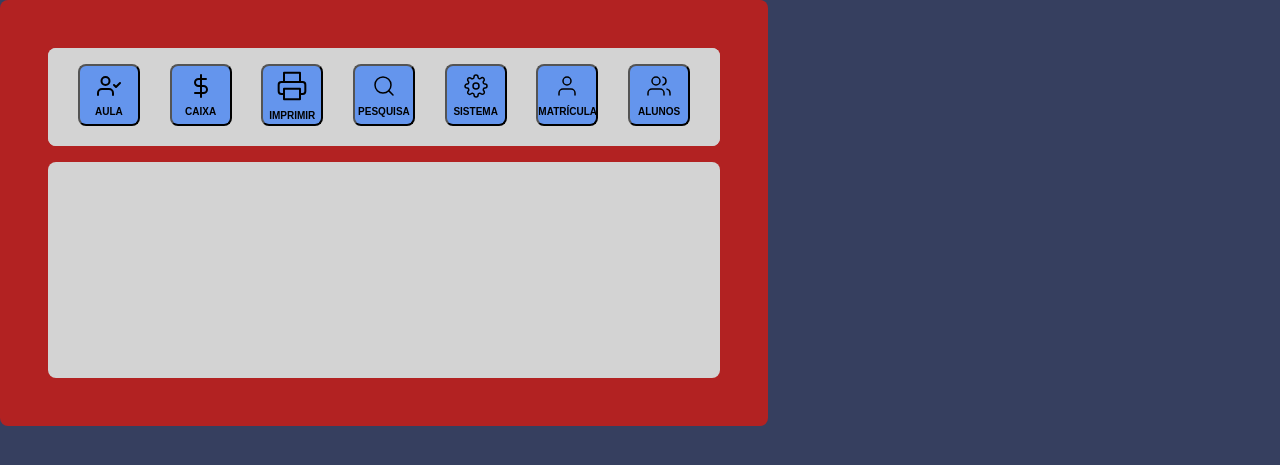
Repository: samantaProspero/projeto_integrador
Page: Versão Atual/PI_Vanila/index.html
The author's editor kept a copy of each file at every save. The page is drawn from the files as they stood at one save, then again after the next save.
The browser window is 1280 px wide. The pictures show the whole page.

Above is the page before, as saved 2021-11-06 12:24:57.
Not found: Versão Atual/PI_Vanila/js/script.js

### Versão Atual/PI_Vanila/index.html
<!DOCTYPE html>
<html lang="pt-BR">
<head>
  <meta charset="UTF-8">
  <meta http-equiv="X-UA-Compatible" content="IE=edge">
  <meta name="viewport" content="width=device-width, initial-scale=1.0">
  <link rel="stylesheet" type="text/css" href="_css/global.css">
  <link rel="stylesheet" type="text/css" href="_css/style.css">
  <title>D Lions</title>
</head>
<body id="home-container">
  <section class="home-content">
    <nav class="home-icons">
      <div class="home-header-painel">
        <div class="home-buttons">
          <button class="icon">
            <img id=logo src="assets/icons/aula.svg">
                <p>AULA</p>
          </button>
          <button class="icon">
            <img id=logo src="assets/icons/dollar.svg">
                <p>CAIXA</p>
          </button>
          <button class="icon">
            <img id=logo src="assets/icons/printer.svg">
                <p>IMPRIMIR</p>
          </button>
          <button class="icon">
            <img id=logo src="assets/icons/search.svg">
                <p>PESQUISA</p>
          </button>
          <button class="icon">
            <img id=logo src="assets/icons/settings.svg">
                <p>SISTEMA</p>
          </button>
          <button class="icon">
            <img id=logo src="assets/icons/user.svg">
                <p>MATRÍCULA</p>
          </button>
          <button class="icon">
            <img id=logo src="assets/icons/users.svg">
                <p>ALUNOS</p>
          </button>
        </div>
      </div>

    </nav>
    <div class="lista-alunos">
      <!-- <form id="form-login" action="">
        <div class="input-container">
          <label for="login">Login: </label>
          <input type="text" name="login" id="login">
        </div>
        <div class="input-container">
          <label for="senha">Senha:</label>
          <input type="text" name="senha" id="senha">
        </div>
        <div id="buttons-div">
        <input type="button" value="Login">
        <input type="button" value="Sair">
        </div>
      </form> -->
    </div>
  </section>
  <script src="js/script.js"></script>
</body>
</html>

    <!-- <Container>
      <Content>
        <Icons>
          <Buttons>
            <button type="button" onClick={()=> {}}>
              <Icon>
                <img src={user} alt="matricula" />
              </Icon>
              <p>MATRÍCULA</p>
            </button>
            <button type="button" onClick={()=> {}}>
              <Icon>
                <img src={users} alt="alunos" />
              </Icon>
              <p>ALUNOS</p>
            </button>
            <button type="button" onClick={()=> {}}>
              <Icon>
                <img src={aula} alt="aula" />
              </Icon>
              <p>AULA</p>
            </button>
            <button type="button" onClick={()=> {}}>
              <Icon>
                <img src={dollar} alt="caixa" />
              </Icon>
              <p>CAIXA</p>
            </button>
            <button type="button" onClick={()=> {}}>
              <Icon>
                <img src={printer} alt="print" />
              </Icon>
              <p>IMPRIMIR</p>
            </button>
            <button type="button" onClick={()=> {}}>
              <Icon>
                <img src={search} alt="pesquisa" />
              </Icon>
              <p>PESQUISA</p>
            </button>
            <button type="button" onClick={()=> {}}>
              <Icon>
                <img src={settings} alt="sistema" />
              </Icon>
              <p>SISTEMA</p>
            </button>
          </Buttons>
        </Icons>
        <ListaAlunos>
          {/* <table>
            <thead>
              <th>Código</th>
              <th>Nome</th>
              <th>Telefone</th>
              <th>Email</th>
            </thead>
            <tbody></tbody>
            <tr>
              <td>{cliente[0].codigo}</td>
              <td>{cliente[0].nome}</td>
              <td>{cliente[0].telefone}</td>
              <td>{cliente[0].email}</td>
            </tr>
            <tr>
              <td>{cliente[1].codigo}</td>
              <td>{cliente[1].nome}</td>
              <td>{cliente[1].telefone}</td>
              <td>{cliente[1].email}</td>
            </tr>
          </table> */}
        </ListaAlunos>
      </Content>
    </Container> -->

### Versão Atual/PI_Vanila/_css/global.css
  :root{
    --red: #E52E4D;
    --green: #33CC95;
    --blue: #5429CC;
    --blue-light: #6933FF;
    --text-title: #363F5F;
    --text-body: #969CB2;
    --background: #f0f2f5;
    --shape: #FFFFFF;
    --primary_dark: #363F5F;
  --secondary_dark: #000000;
    --primary: #FF0000;
    --bg_home: #B22222;
    --bg_cadastro:#A52A2A;
    --icon: #6495ED;
    --bg_frame: #D3D3D3;
  }
  /* font verdana 8 bold */

  *{
    margin: 0;
    padding: 0;
    box-sizing: border-box;
  }

  /* // font-size: 16px (Desktop) */
  html{
    @media (max-width: 1080px){
      font-size: 93.75%; //15px
    }
    @media (max-width: 720px){
      font-size: 87.5%;  //14px
    }
  }
  /* //REM = 1rem = 16px */
  body{
    background: var(--primary_dark);
    -webkit-font-smoothing: antialiased;
  }

  body, input, textarea, button {
    font-family: 'Poppins', sans-serif;
    font-weight: 400;
  }

  h1, h2, h3, h4, h5, h6, strong {
    font-weight: 600;
  }

  button {
    cursor: pointer;
  }



  /* [disabled] {
    opacity: 0.6;
    cursor: not-allowed;
  }

  .react-modal-overlay{
    background: rgba(0,0,0,0.5);
    position: fixed;

    top: 0;
    bottom: 0;
    right: 0;
    left: 0;

    display: flex;
    align-items: center;
    justify-content: center;
  }

  .react-modal-content{
    width: 100%;
    max-width: 576px;
    background: var(--background);
    padding: 3rem;
    position: relative;
    border-radius: 0.25rem;
  }

  .react-modal-close{
    position: absolute;
    right: 1.5rem;
    top: 1.5rem;
    border: 0;
    background: transparent;
    transition: 0.2s; */

    /* &:hover{
      filter: brightness(0.9)
    }
  } */

### Versão Atual/PI_Vanila/_css/style.css
.home-container {
width: 100vw;
height: 100vh;
background-color: rgb(0,0,0,0.8);
display: flex;
/* flex-direction: column; */
align-items: center;
justify-content: center;
}
.home-content {
width: 60%;
max-width: 1000px;
/* margin: 0 auto; */
display: flex;
flex-direction: column;
justify-content: center;
align-items: center;
padding: 3rem;
border-radius: 8px;
background-color: var(--bg_home);
}
.home-icons {
width: 100%;
/* display: flex; */
/* flex-direction: rows; */
/* justify-content: center; */
/* align-items: flex-start; */
}
.home-header-painel {
  width: 100%;
  background-color: var(--bg_frame);
  display: flex;
  flex-direction: row;
  flex: 1;
  justify-content: space-between;
  align-items: center;
  border-radius: 8px;
}
.home-buttons {
width: 100%;
background-color: var(--bg_frame);
display: flex;
justify-content: space-around;
align-items: flex-start;
padding: 15px;
border-radius:  8px;

padding-top: 0.7rem;
}
.home-buttons button{
  width: 62px;
  height: 62px;
  margin: 5px;
  border-radius:  8px;
  background-color: var(--icon);
}

.home-buttons p{
    font-weight: bold;
    font-size: 10px;
    padding-top: 5px;
  }

.lista-alunos {
width: 100%;
height: 30vh;
background-color: var(--bg_frame);
display: flex;
justify-content: center;
align-items: flex-start;
border-radius: 8px;
margin-top: 1rem;
padding-top: 1rem;
}

After the next save:
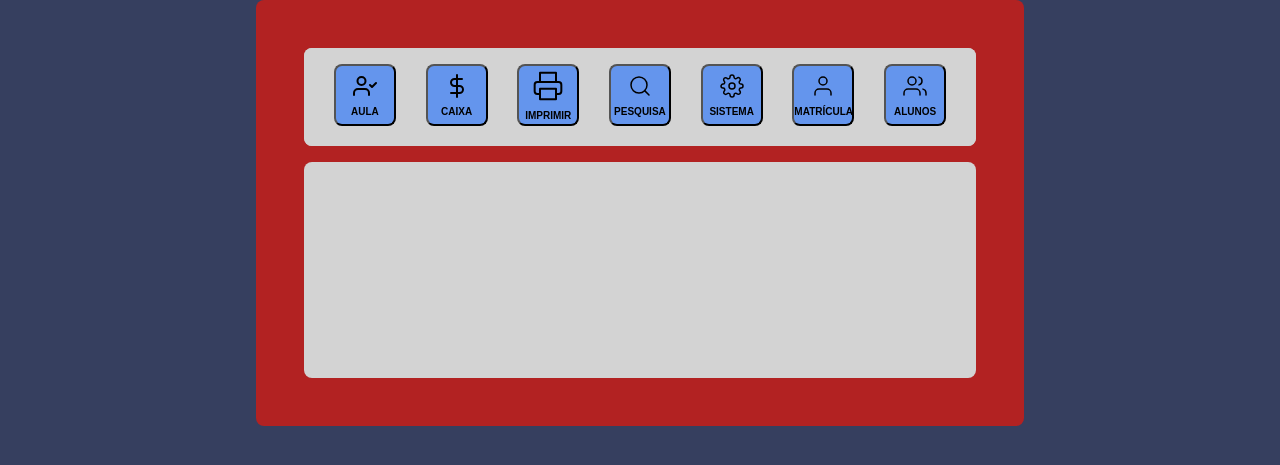
Saved 5 s later.
--- a/Versão Atual/PI_Vanila/_css/style.css
+++ b/Versão Atual/PI_Vanila/_css/style.css
@@ -10,7 +10,7 @@
 .home-content {
 width: 60%;
 max-width: 1000px;
-/* margin: 0 auto; */
+margin: 0 auto;
 display: flex;
 flex-direction: column;
 justify-content: center;

After the 5 saves that followed:
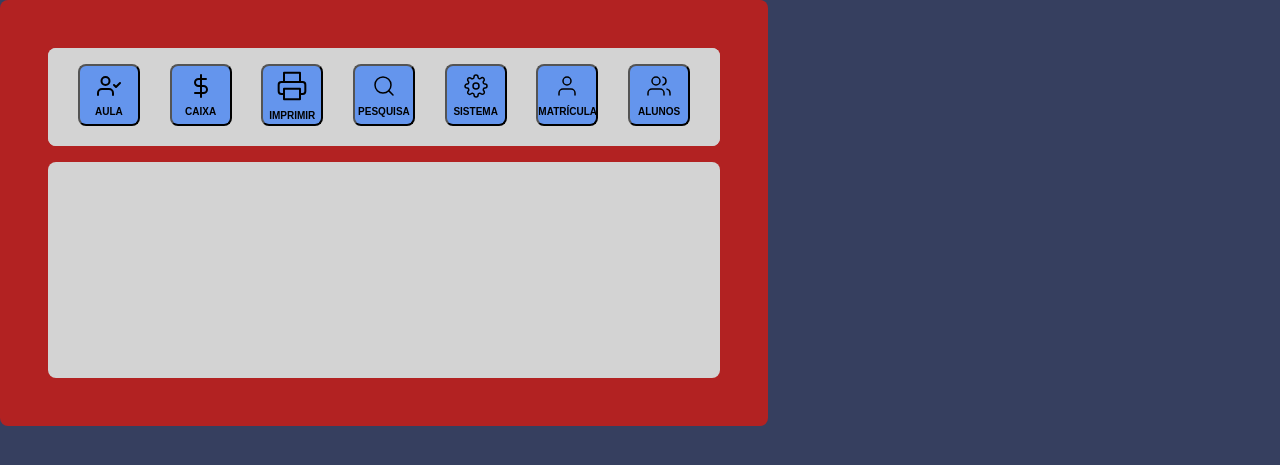
The 5 saves are shown as one change because 3 left the picture as it was and some came seconds apart.
The last was saved 3 min 18 s later.
--- a/Versão Atual/PI_Vanila/_css/style.css
+++ b/Versão Atual/PI_Vanila/_css/style.css
@@ -10,7 +10,7 @@
 .home-content {
 width: 60%;
 max-width: 1000px;
-margin: 0 auto;
+/* margin: 0 auto; */
 display: flex;
 flex-direction: column;
 justify-content: center;
